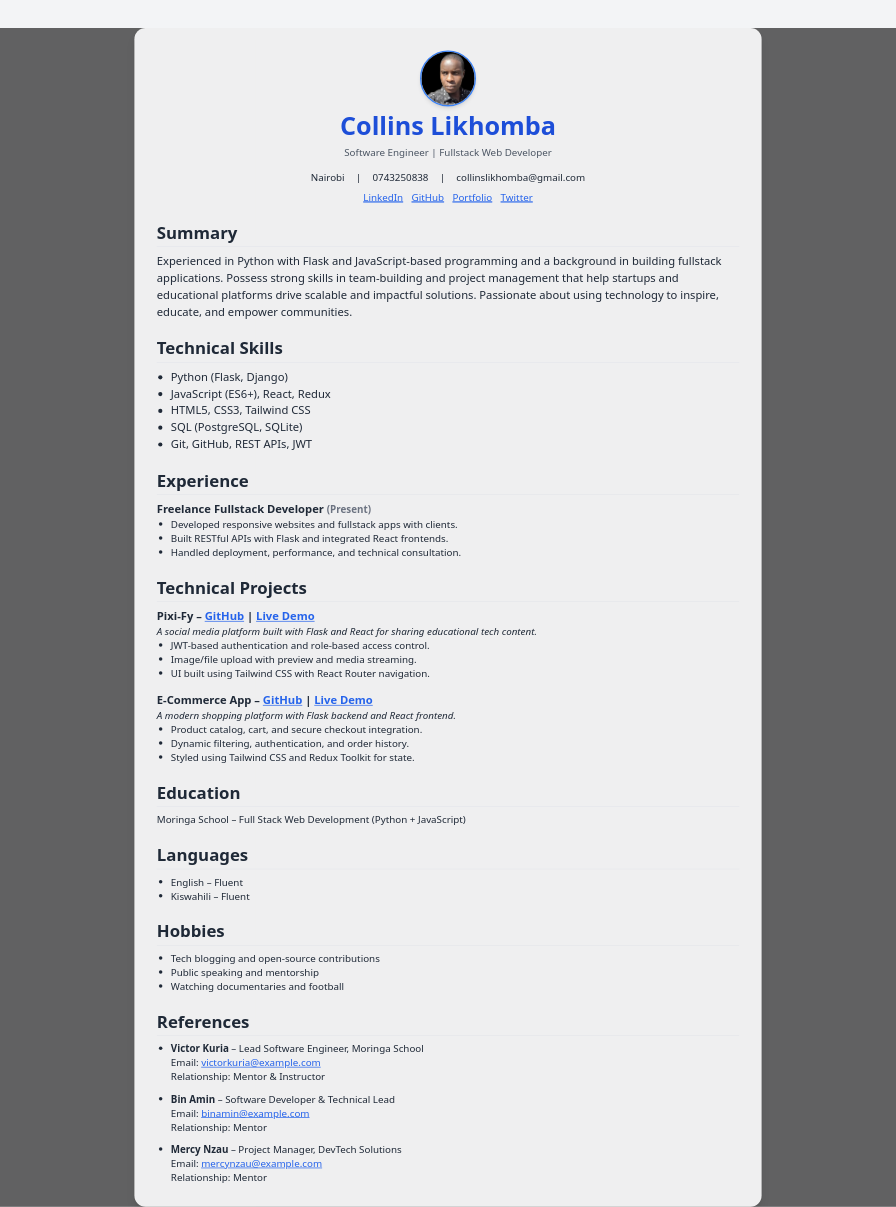
Repository: Engineer-collo/My_Cv
Page: /
The author's editor kept a copy of each file at every save. The page is drawn from the files as they stood at one save, then again after a run of saves.
The browser window is 1280 px wide. The pictures show the whole page, at 70% of full size.
The project was rebuilt for these pictures with package versions that can differ from the ones it lists, and the page was loaded fresh each time. Also part of the build but not shown: vite.config.js.

Above is the page before, as saved 2025-06-24 17:48:40.

After the next 2 saves:
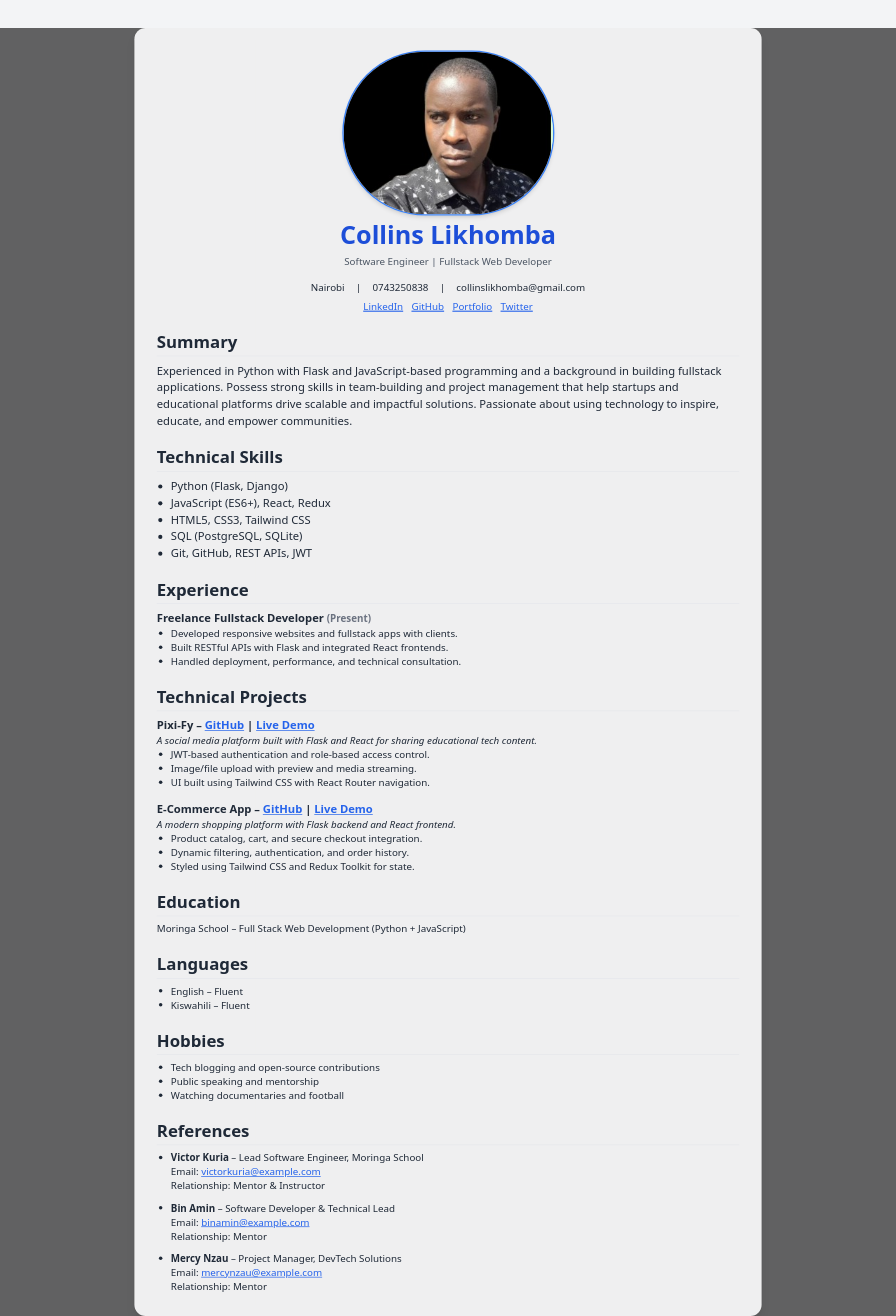
The 2 saves are shown as one change because they came seconds apart.
The last was saved 30 s later.
--- a/src/App.jsx
+++ b/src/App.jsx
@@ -11,7 +11,7 @@ export default function App() {
       <header className="text-center mb-6">
   <div className="flex flex-col items-center gap-2 mb-4">
     <img
-      className="h-20 w-20 rounded-full object-cover border-2 border-blue-500 shadow-md"
+      className="h-30 w-30 rounded-full object-cover border-2 border-blue-500 shadow-md"
       src="/image.png"
       alt="Engineer Collins Profile"
     />
